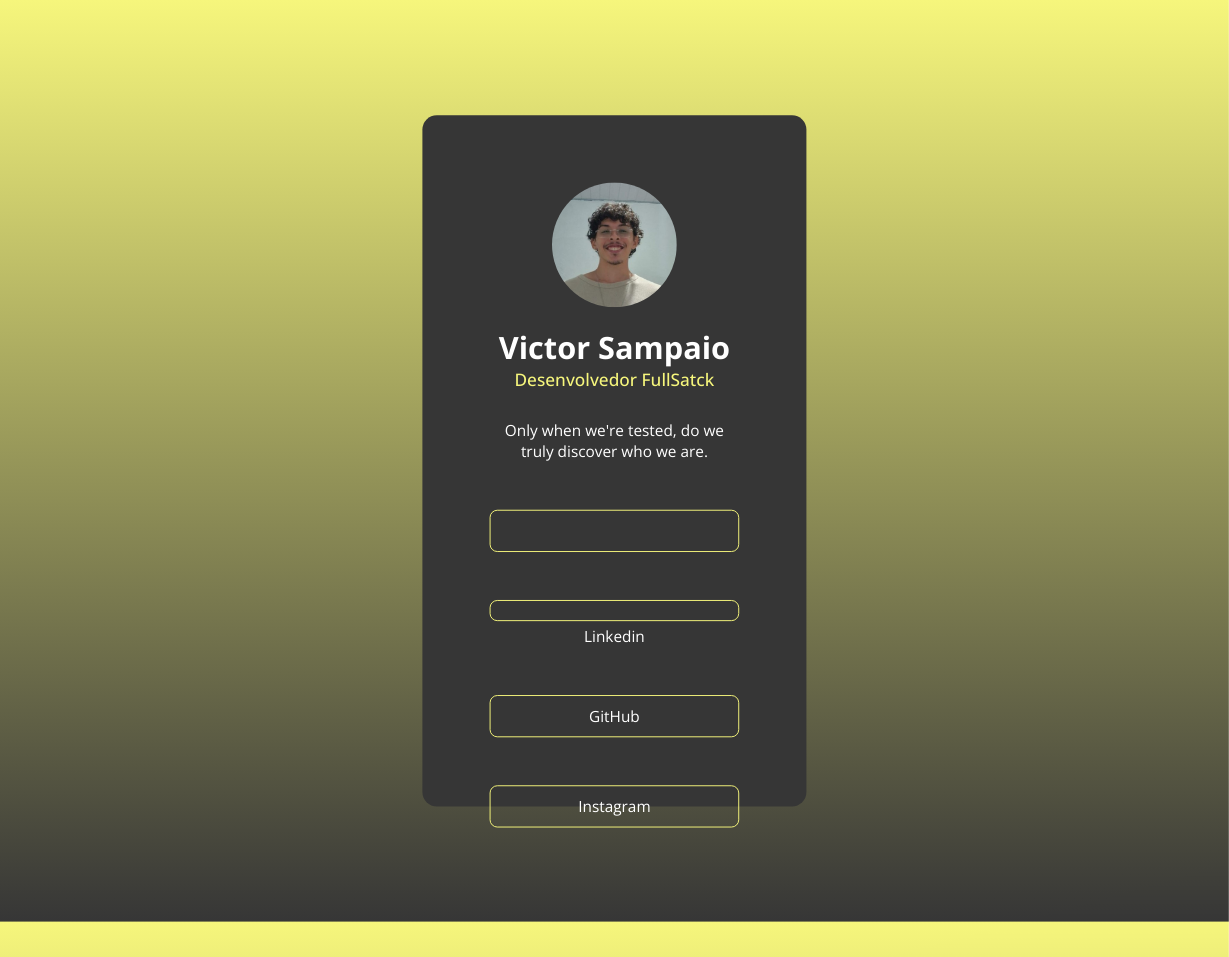
Repository: VictorSampaioDev/linkthree-gt9
Page: index.html
An editor plug-in stored every save of this project. The page is shown before and after a run of saves, followed by the edit.
The browser window is 1280 px wide. The pictures show the whole page, at 96% of full size.

Above is the page before, as saved 2025-04-11 09:27:40.

After the next 2 saves:
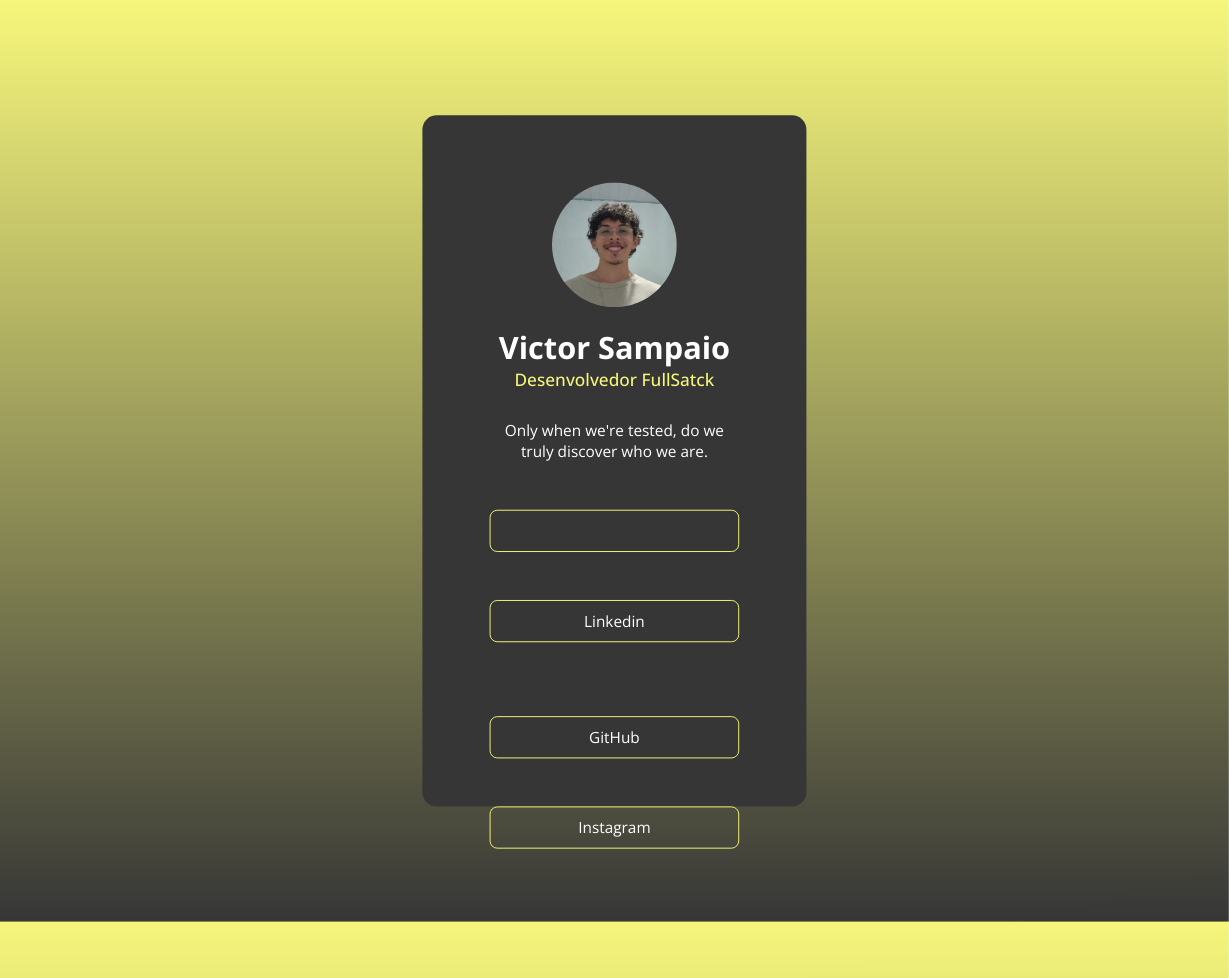
The 2 saves are shown as one change because they came seconds apart.
The last was saved 10 s later.
--- a/index.html
+++ b/index.html
@@ -31,7 +31,7 @@
         <ul>
             <li>
                 <a href="https://www.linkedin.com/in/joao-victor-sampaio-30a556355/" target="_blank">
-                   <li></li> Linkedin
+                   <li> Linkedin</li>
                 </a>
             </li>
             <li>
